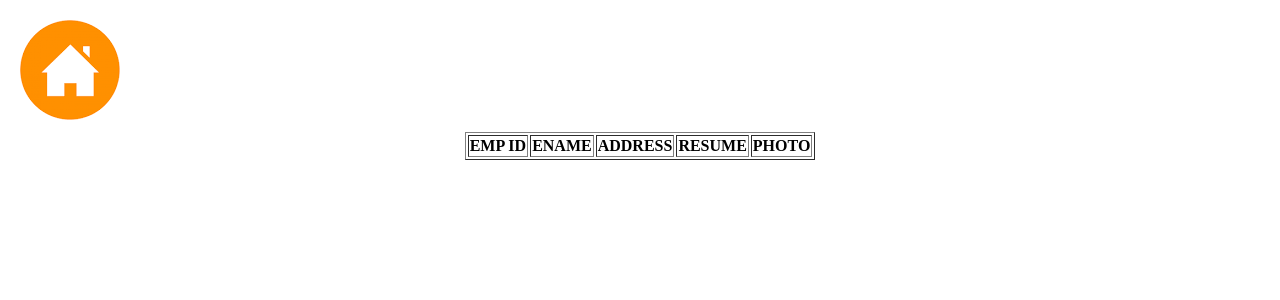
Repository: programmer-pns/servletProjects
Page: http://localhost/File_Upload_Download/getemployeedataurl
An editor plug-in stored every save of this project. The page is shown before and after the next save, followed by the edit.
The browser window is 1280 px wide. The pictures show the whole page.
The page is served by Tomcat 9. Other server files are loaded and not shown. Queries for data that is not in the repository find no rows.

Above is the page before, as saved 2023-01-20 15:22:41.

### File_Upload_Download/src/main/java/com/pns/servlet/EmployeeData.java
package com.pns.servlet;

import java.io.IOException;
import java.io.PrintWriter;
import java.sql.Connection;
import java.sql.DriverManager;
import java.sql.PreparedStatement;
import java.sql.ResultSet;
import java.sql.SQLException;

import javax.servlet.ServletException;
import javax.servlet.annotation.WebServlet;
import javax.servlet.http.HttpServlet;
import javax.servlet.http.HttpServletRequest;
import javax.servlet.http.HttpServletResponse;

@WebServlet("/getemployeedataurl")
public class EmployeeData extends HttpServlet {
	private static final String EMP_DETAIL_QUERY = "SELECT EID,ENAME,EADD,RESUME_PATH,PHOTO_PATH FROM UPLOAD_EMPLOYEE";
	private static final String DB_URL = "jdbc:oracle:thin:@localhost:1521:orcl",DB_USERNAME="SYSTEM",DB_PASSWORD="TIGER";
	@Override
	public void doGet(HttpServletRequest req, HttpServletResponse res) throws ServletException, IOException {
		//getting the print writer ready
		res.setContentType("text/html");
		PrintWriter pw = res.getWriter();
		pw.print("<table border='1' align='center'>");
		pw.print("<thead>");
		pw.print("<th>EMP ID</th>");
		pw.print("<th>ENAME</th>");
		pw.print("<th>ADDRESS</th>");
		pw.print("<th>RESUME</th>");
		pw.print("<th>PHOTO</th>");
		pw.print("</thead>");

		//getting the connection to database ready
		try {
			Class.forName("oracle.jdbc.driver.OracleDriver");
		}catch(ClassNotFoundException cnfe) {
			cnfe.printStackTrace();
		}catch (Exception e) {
			e.printStackTrace();
		}
		try(Connection conn=DriverManager.getConnection(DB_URL,DB_USERNAME,DB_PASSWORD);
			PreparedStatement ps= conn.prepareStatement(EMP_DETAIL_QUERY);
			ResultSet rs = ps.executeQuery();
				){
			//Getting the details from UPDATE_EMPLOYEE table
			pw.print("<tbody>");
			if(rs!=null) {
				while(rs.next()) {
					pw.print("<tr>");
					pw.print("<td>"+rs.getInt(1)+"</td>");
					pw.print("<td>"+rs.getString(2)+"</td>");
					pw.print("<td>"+rs.getString(3)+"</td>");
					pw.print("<td><a href='downloademployeedataurl?resumeID="+rs.getInt(1)+"'>Resume</a></td>");
					pw.print("<td><a href='downloademployeedataurl?photoID="+rs.getInt(1)+"'>PHOTO</a></td>");
					pw.print("</tr>");

				}
			pw.print("</tbody>");
			}
			else {
				//no data found
				pw.print("<h1 style='color:red'>No data found on the employee table</h1>");
			}

			//add home hyperlink
			pw.print("<a href='EmployeeDetails.html'><img src='home.png'></a>");
		}catch(SQLException sqe) {
			sqe.printStackTrace();
		}catch (Exception e) {
			e.printStackTrace();
		}
		pw.print("</table>");//closing table
	}
	@Override
	public void doPost(HttpServletRequest req, HttpServletResponse res) throws ServletException, IOException {
		doGet(req, res);
	}
}

After the next save:
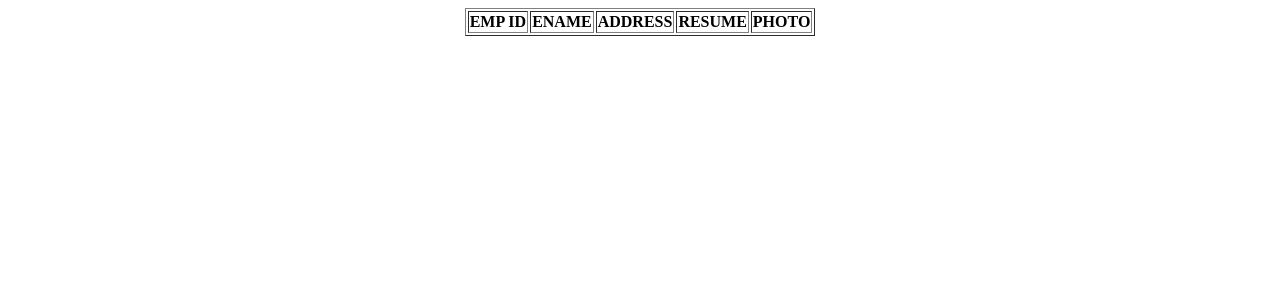
Saved 26 min 3 s later.
--- a/File_Upload_Download/src/main/java/com/pns/servlet/EmployeeData.java
+++ b/File_Upload_Download/src/main/java/com/pns/servlet/EmployeeData.java
@@ -65,7 +65,6 @@ public class EmployeeData extends HttpServlet {
 			}
 
 			//add home hyperlink
-			pw.print("<a href='EmployeeDetails.html'><img src='home.png'></a>");
 		}catch(SQLException sqe) {
 			sqe.printStackTrace();
 		}catch (Exception e) {
